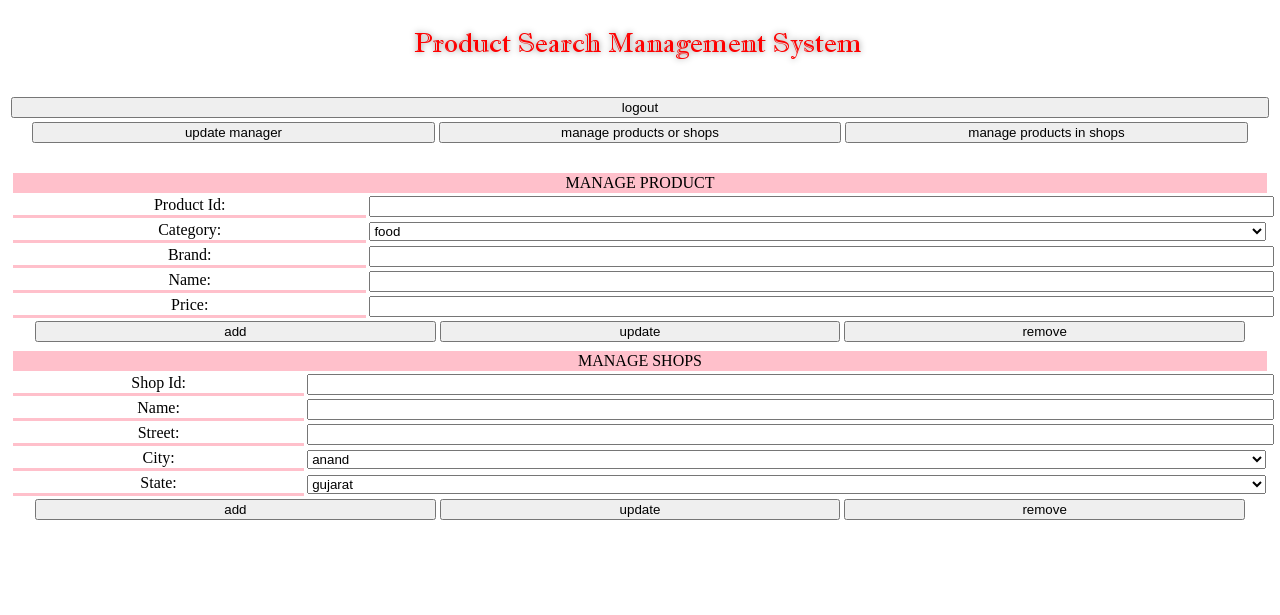
Repository: DishantVaghela/ProductSearchManagementSystem
Page: http://localhost/ProductSearchManagementSystem/manageProductsOrShops.jsp
The author's editor kept a copy of each file at every save. The page is drawn from the files as they stood at one save, then again after the next save.
The browser window is 1280 px wide. The pictures show the whole page.
The page is served by Tomcat 9. Queries for data that is not in the repository find no rows.

Above is the page before, as saved 2017-04-28 23:43:07.

After the next save:
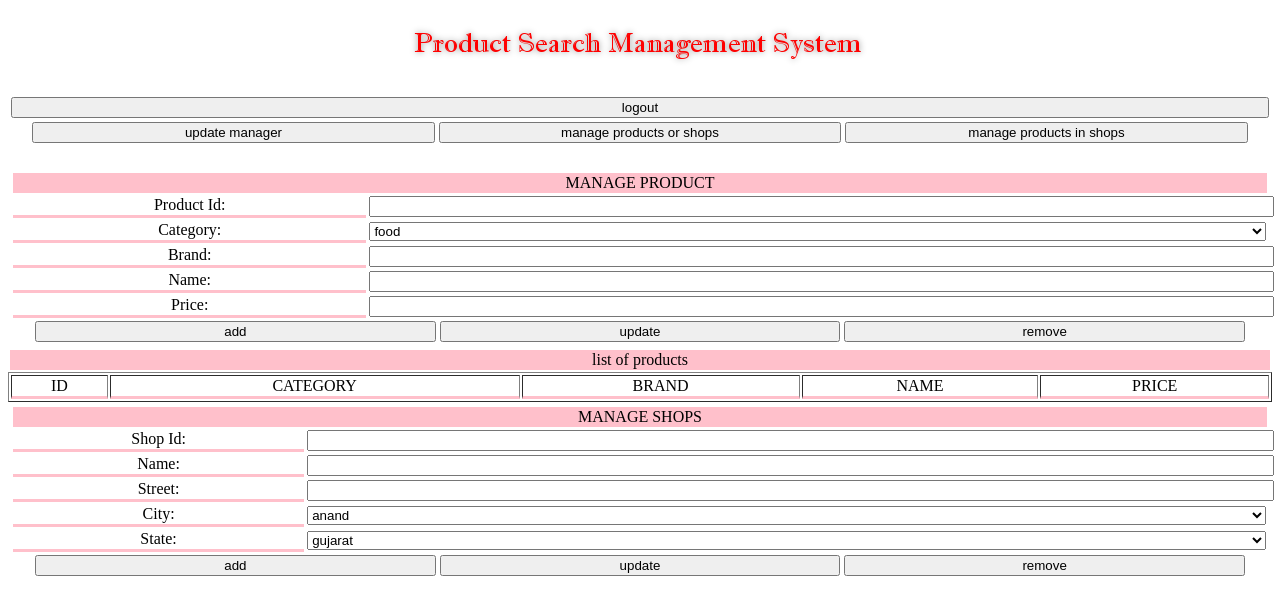
Saved 30 min 32 s later.
--- a/ProductSearchManagementSystem/WebContent/manageProductsOrShops.jsp
+++ b/ProductSearchManagementSystem/WebContent/manageProductsOrShops.jsp
@@ -1,5 +1,11 @@
 <%@ page language="java" contentType="text/html; charset=ISO-8859-1"
     pageEncoding="ISO-8859-1"%>
+<%@page import="java.sql.*" %>
+<%
+	try{
+		Class.forName("oracle.jdbc.driver.OracleDriver");
+		Connection con=DriverManager.getConnection("jdbc:oracle:thin:@localhost:1521:xe","system","system");
+%>
 <!DOCTYPE html PUBLIC "-//W3C//DTD HTML 4.01 Transitional//EN" "http://www.w3.org/TR/html4/loose.dtd">
 <html>
 <head>
@@ -54,6 +60,32 @@
 				</form>
 			</td>
 		</tr>
+	</table>
+	<%
+		PreparedStatement ps = con.prepareStatement("select * from psms_products");
+
+		ResultSet rs = ps.executeQuery();
+
+	    out.print("<table >");
+	    out.print("<tr>");
+	    out.print("<td  bgcolor=pink>list of products</td></tr>");
+	    out.println("</table>");
+	    out.print("<table border=1>");
+	    out.print("<tr><td class=\"title\" >ID</td><td class=\"title\" >CATEGORY</td><td class=\"title\" >BRAND</td><td class=\"title\" >NAME</td><td class=\"title\" 	>PRICE</td></tr>");
+	   	while (rs.next()) {
+	   		out.print("<tr><td>" + rs.getString(1) + "</td>");
+		    out.print("<td>" + rs.getString(2) + "</td>");
+		    out.print("<td>" + rs.getString(3) + "</td>");
+		    out.print("<td>" + rs.getString(4) + "</td>");
+		    out.print("<td>" + rs.getString(5) + "</td></tr>");
+	    }
+	    out.println("</table>");
+	}
+	catch (Exception e) {
+        System.out.println(e);
+    }
+%>
+	<table>
 		<tr>
 			<td>
 				<form action="ManageShopsService" method="post">
